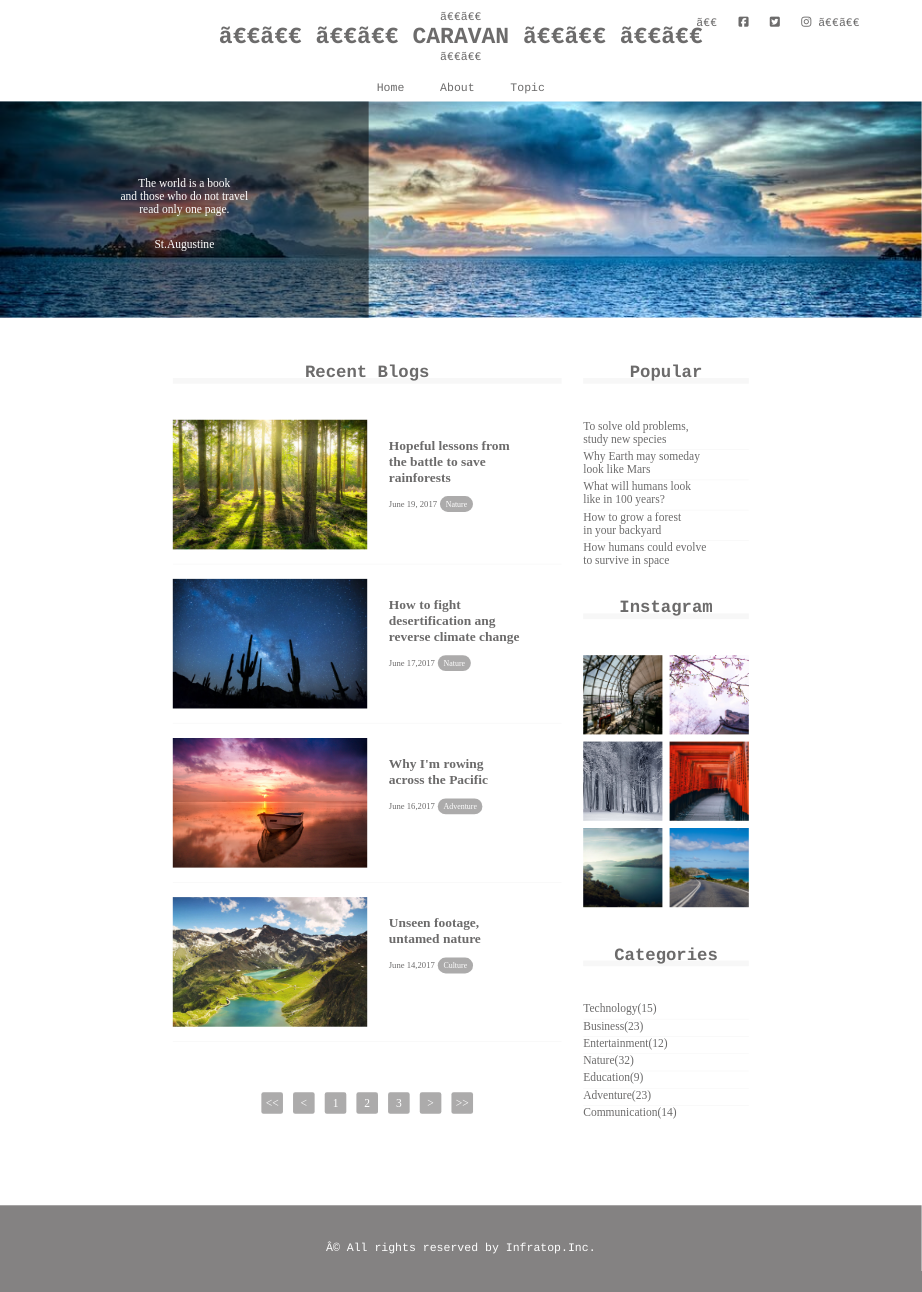
Repository: takanauti/task
Page: caravan/index.html
The author's editor kept a record of every edit. The page is drawn from the files as they stood at one moment, then again after the next edit.
The browser window is 1280 px wide. The pictures show the whole page, at 72% of full size.
Some web libraries are served in a nearby version.

Above is the page before.

### caravan/index.html
<!DOCTYPE html>
<html lang="ja">
  <head>
    <meta charset="UTF-8/>
    meta name="viewport" content="width=device-width,initial-scale=1.0">
    <script src="https://kit.fontawesome.com/c3feab150c.js" crossorigin="anonymous"></script>
    <!-- CSSファイルの読み込み -->
    <link rel="stylesheet" href="style.css" />
    <title>CARAVAN</title>
  </head>

  <body>
    <!--header-->
    <header>


　　 <h1 class="heading">
　　   <a href="index.html">
　　  CARAVAN
　　  </a>
　　 </h1>
　　<div class="social">

　  <i class="fab fa-facebook-square"></i>
    <i class="fab fa-twitter-square"></i>
    <i class="fab fa-instagram"></i>

　　</div>
    </header>

    <nav>
     <ul class="nav-list">
       <li class="nav-list-item">
         <a href="index.html">Home</a>
       </li>
       <li class="nav-list-item">About</li>
       <li class="nav-list-item">Topic</li>
     </ul>
    </nav>


        <!-- main-visual用のdiv -->
    <div class="main-visual">
    <div class="main-visual-content">
      <p class="main-visual-text">
        The world is a book<br />
        and those who do not travel<br />
        read only one page.
      </p>
      <p class="main-visual-name">
        St.Augustine
      </p>
    </div>

    </div>

      <!-- main用のdiv -->
   <main>
      <section class="blog">
        <h2 class="blog-heading">Recent Blogs</h2>
        <div class="blog-box">
        <div class="blog-item">
          <img class="blog-image" src="img/forest.jpg"/>
          <section class="blog-text">
            <h3 class="blog-text-heading">
              <a href="single.html">
                Hopeful lessons from<br>
                the battle to save<br>
                rainforests
              </a>
            </h3>
            <p class="blog-date">June 19, 2017</p>
            <span class="category">Nature</span>
          </section>
        </div>
        <div class="blog-item">
        <img class="blog-image" src="img/desert.jpg"/>
        <section class="blog-text">
        <h3 class="blog-text-heading">
        <a href="single.html">
          How to fight <br>
          desertification ang <br>
          reverse climate change
        </a>
        </h3>
        <p class="blog-date">June 17,2017</p>
        <span class="category">Nature</span>
        </section>
        </div>

        <div class="blog-item">
        <img class="blog-image" src="img/sunset.jpg"/>
        <section class="blog-text">
         <h3 class="blog-text-heading">
          <a href="single.html">
            Why I'm rowing <br>
            across the Pacific
          </a>
         </h3>
         <p class="blog-date">June 16,2017</p>
        <span class="category">Adventure</span>
        </section>
        </div>
        <div class="blog-item">
          <img class="blog-image" src="img/italy.jpg"/>
          <section class="blog-text">
          <h3 class="blog-text-heading">
          <a href="single.html">
           Unseen footage,<br>
           untamed nature
          </a>
          </h3>
          <p class="blog-date">June 14,2017</p>
          <span class="category">Culture</span>
          </section>
        </div>
        </div>

           <div class="pagination">
          <p><<</p>
          <p><</p>
          <p>1</p>
          <p>2</p>
          <p>3</p>
          <p>></p>
          <p>>></p>
        </div>
        </section>
      <div class="sidebar">
        <section class="popular">
        <h2 class="popular-heading common-heading">Popular</h2>
        <div class="sidebar-contents">
        <p class="popular-text">To solve old problems,<br>study new species</p>
        <p class="popular-text">Why Earth may someday<br>look like Mars</p>
            <p class="popular-text">What will humans look<br>like in 100 years?</p>
            <p class="popular-text">How to grow a forest<br>in your backyard</p>
            <p class="popular-text">How humans could evolve<br>to survive in space</p>
        </div>
        </section>

        <section class="instagram">
        <h2 class="instagram-heading common-heading">Instagram</h2>
        <div class="sidebar-contents">
        <div class="instagram-box"></div>
        <div class="instagram-box"></div>
        <div class="instagram-box"></div>
        <div class="instagram-box"></div>
        <div class="instagram-box"></div>
        <div class="instagram-box"></div>
        </div>
        </section>
        <section class="categories">
        <h2 class="categories-heading common-heading">Categories</h2>
        <div class="sidebar-contents">
          <p class="categories-text">Technology(15)</p>
          <p class="categories-text">Business(23)</p>
          <p class="categories-text">Entertainment(12)</p>
          <p class="categories-text">Nature(32)</p>
          <p class="categories-text">Education(9)</p>
          <p class="categories-text">Adventure(23)</p>
          <p class="categories-text">Communication(14)</p>
        </div>
        </section>
      </div>
    </main>



    <!--footer-->
    <footer>
    <p class="footer-text">© All rights reserved by Infratop.Inc.</p>
    </footer>

    </body>
</html>

### caravan/style.css
/* ブラウザがそれぞれ持っているCSSをリセットするための記述 */
* {
  margin: 0;
  padding: 0;
  box-sizing: border-box;
  color: #6c6b6b;
}

a {
  text-decoration: none;
}

header,nav,h2,main-visual,footer{
  font-family: Chalkduster,"Bradley Hand",Courier,"Segoe Print",sans-serif;
}

header {
  width: 90%; /* 横幅90% */
  padding: 15px 0;
  margin: 0 auto;
  text-align: center;
  position: relative;
}

.social {
  position: absolute; /* headerの左上を基準に絶対位置で指定する */
  top: 22px; /* headerの左上から22px下側へ移動する */
  right: 22px; /* headerの右上から22px左側へ移動する */
}

.social i {
  display: inline-block;
  margin-left: 20px;
}

header .heading {
  /* headerタグ内のheadingクラスにのみ反映される */
  font-size: 32px;
}

.nav-list {
  text-align: center;
  padding: 10px 0;
  margin: 0 auto;
}

.nav-list-item {
  list-style: none;
  display: inline-block;
  margin: 0 20px;
}

.main-visual {
  width: 100%; /* 横幅いっぱい */
  height: 300px; /* 高さ300px */
  background-image: url(img/mv.jpg);
  background-size: cover; /* 縦横比を維持したまま背景領域を埋め尽くす */
  background-position: center; /* 背景画像を中央に配置 */
}

.main-visual-content {
  width: 40%; /* 横幅40% */
  height: 300px; /* 親の高さに揃える */
  background-color: rgba(0, 0, 0, 0.5); /* 背景色を半透明の黒にする */
  text-align: center; /* 文字を中央揃えにする */
  padding-top: 105px; /* 上側の内側余白で垂直方向の位置を調整 */
}

.main-visual-text {
  color: #fff; /* 文字色を白に変更 */
}

.main-visual-name {
  margin-top: 30px; /* 上側の外側の余白 */
  color: #fff; /* 文字色を白に変更 */
}

main{
  width:800px;
  display: flex;
  justify-content:center;
  margin:0 auto;
  padding:70px 0;
}

.blog {
  width:540px;
  margin-right: 30px;
}

.blog-heading{
  border-bottom: 8px solid#f7f7f7;
  text-align: center;
  line-height: 0.6;
}

.blog-box{
  padding-top: 50px;
}

.blog-item{
  padding-bottom: 20px;
  margin-bottom: 20px;
  border-bottom: 1px solid #f7f7f7;
  display: flex;
  justify-content:flex-start;
}

.blog-image{
  height: 180px;
}

.blog-text{
  padding: 25px 0 0 30px;
}

.blog-text-heading{
  padding-bottom: 15px;
}

.blog-date{
  font-size: 12px;
  display: inline-block;
}

.category{
  display: inline-block;
  padding: 5px 8px;
  background-color: #acabab;
  border-radius: 30px;
  color:#fff;
  font-size:11px;
}

.pagination {
  text-align: center;
  padding-top: 50px;
}

.pagination p {
  display: inline-block;
  width: 30px;
  height: 30px;
  margin: 0 5px;
  color: #fff;
  background-color: #acabab;
  border-radius: 3px;
  line-height: 30px;
}
.sidebar {
  width: 230px;
}

.common-heading{
  border-bottom: 8px solid #f7f7f7;
  text-align: center;
  line-height: 0.6;
}

.sidebar-contents{
  padding: 50px 0;
}

.popular-text,
.categories-text{
 padding-bottom: 5px;
 border-bottom: 1px solid #f7f7f7;
 maegin-bottom:5px;
}

.popular-text:last-child,
.categories-text:last-child {
  margin: 0;
  padding: 0;
  border: none;
}

.instagram .sidebar-contents {
  display: flex;
  flex-wrap: wrap;
}

.instagram-box {
  width: 110px;
  padding-top: 110px;
  background-size: cover;
  background-position: center;
  margin-bottom: 10px;
}

.instagram-box:nth-child(odd) {
  margin: 0 10px 10px 0;
}

.instagram-box:nth-child(1) {
  background-image: url(img/airport.jpg);
}

.instagram-box:nth-child(2) {
  background-image: url(img/japan.jpg);
}

.instagram-box:nth-child(3) {
  background-image: url(img/snow.jpg);
}

.instagram-box:nth-child(4) {
  background-image: url(img/japan2.jpg);
}

.instagram-box:nth-child(5) {
  background-image: url(img/lake.jpg);
}

.instagram-box:nth-child(6) {
  background-image: url(img/road.jpg);
}

footer {
  width: 100%;
  height: 120px;
  text-align: center;
  line-height: 120px;
  background-color: #848282;
}

.footer-text {
  color: #fff;
}

After the next edit:
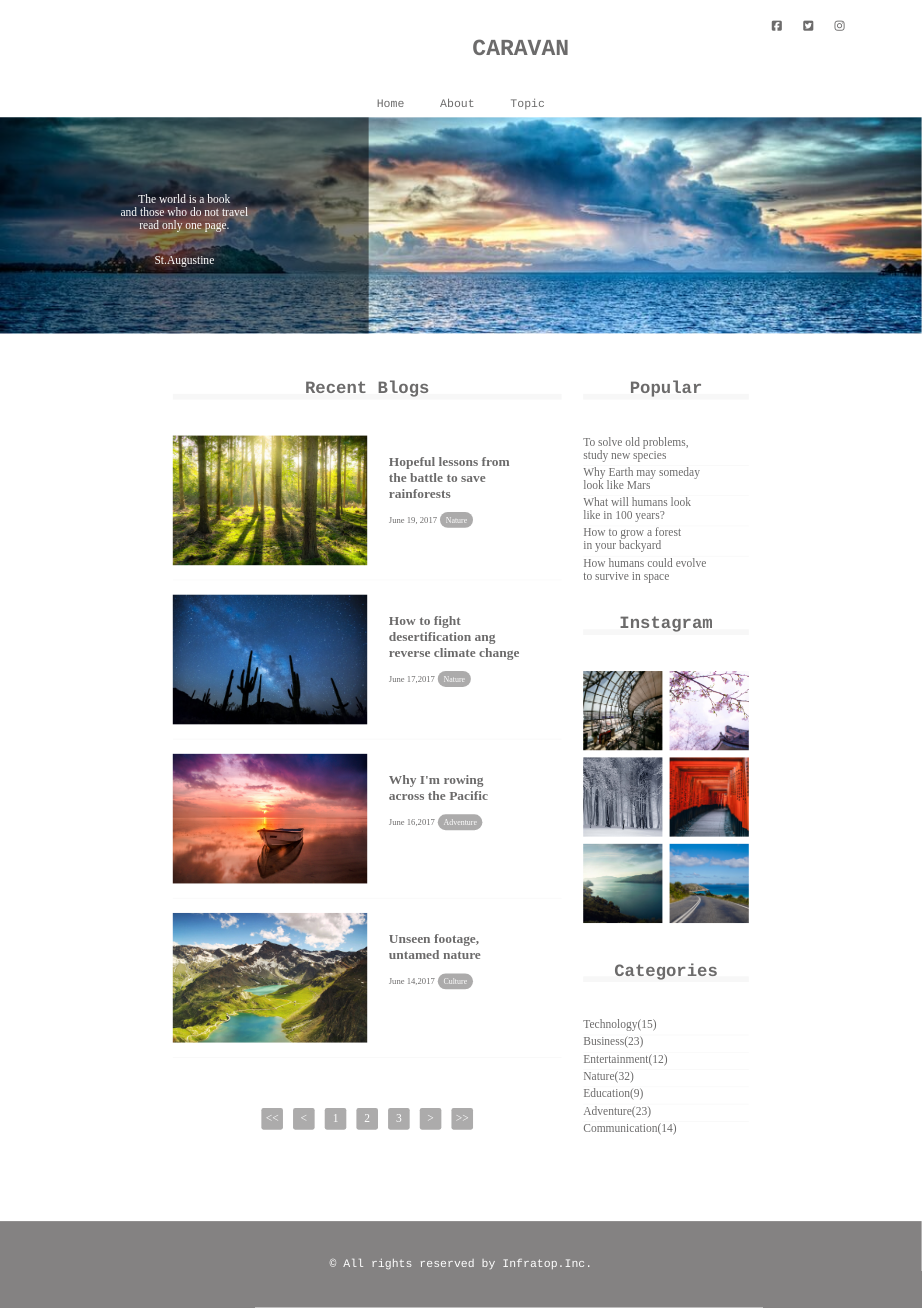
The edit:
--- a/caravan/index.html
+++ b/caravan/index.html
@@ -1,8 +1,8 @@
 <!DOCTYPE html>
 <html lang="ja">
   <head>
-    <meta charset="UTF-8/>
-    meta name="viewport" content="width=device-width,initial-scale=1.0">
+    <meta charset="UTF-8"/>
+    <meta name="viewport" content="width=device-width,initial-scale=1.0">
     <script src="https://kit.fontawesome.com/c3feab150c.js" crossorigin="anonymous"></script>
     <!-- CSSファイルの読み込み -->
     <link rel="stylesheet" href="style.css" />
